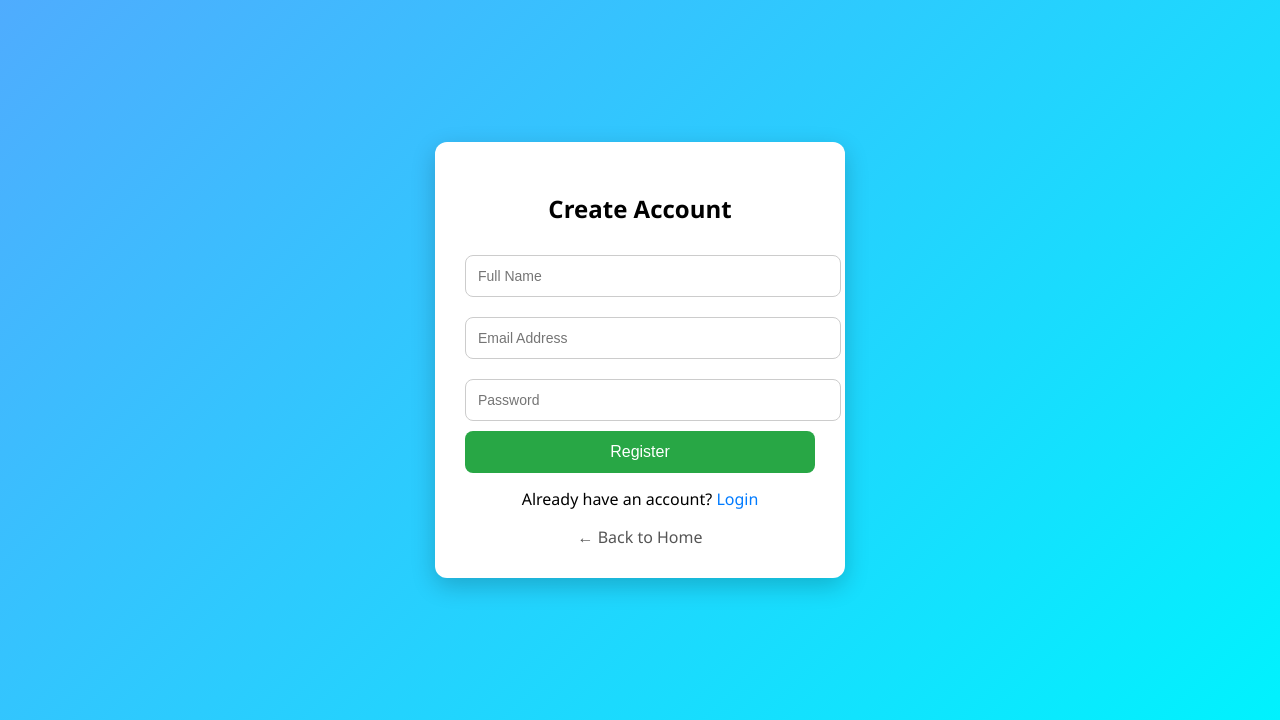
Repository: pradeepkumarh-17/Ecommerce
Page: http://localhost/EcomStore/views/auth/register.jsp
An editor plug-in stored every save of this project. The page is shown before and after the next save, followed by the edit.
The browser window is 1280 px wide. The pictures show the whole page.
The page is served by Tomcat 10.

Above is the page before, as saved 2026-05-02 16:52:13.

After the next save:
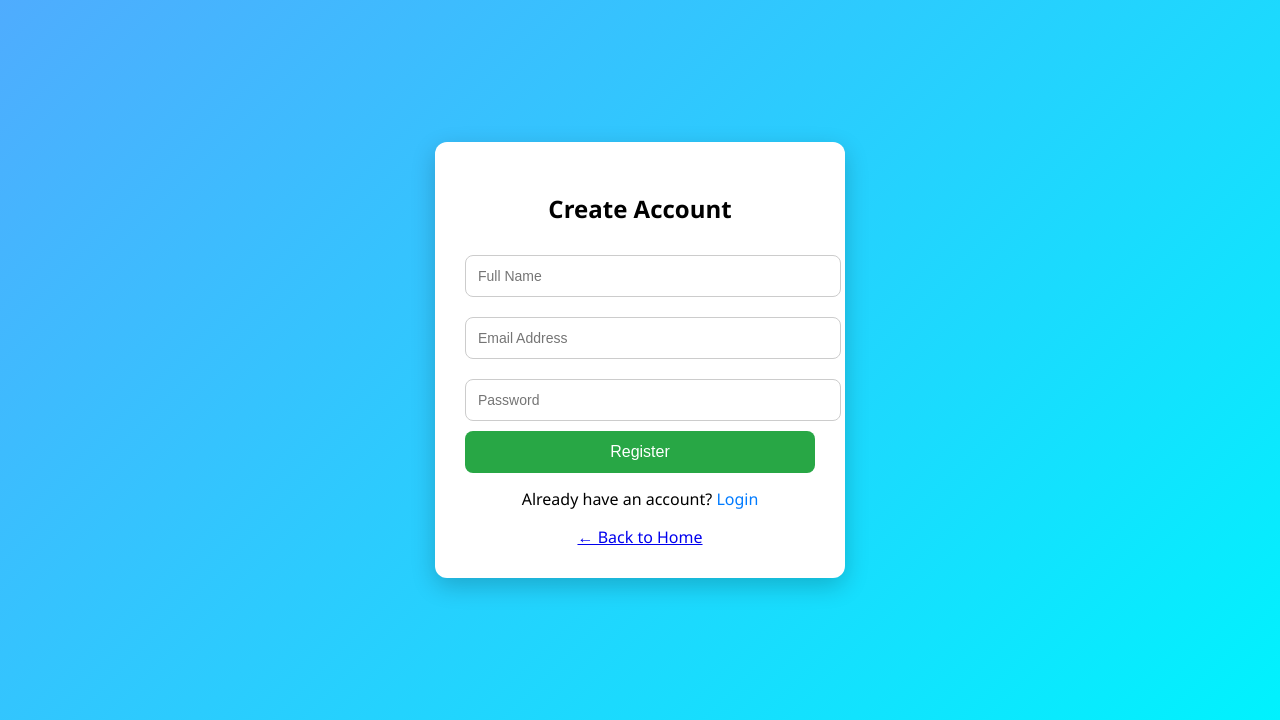
Saved 50 s later.
--- a/EcomStore/src/main/webapp/views/auth/register.jsp
+++ b/EcomStore/src/main/webapp/views/auth/register.jsp
@@ -35,7 +35,7 @@
             <a href="<%= request.getContextPath() %>/views/auth/login.jsp">Login</a>
         </p>
 
-        <a class="back-home" href="<%= request.getContextPath() %>/">← Back to Home</a>
+        <a href="<%= request.getContextPath() %>/home">← Back to Home</a>
 
     </div>
 
